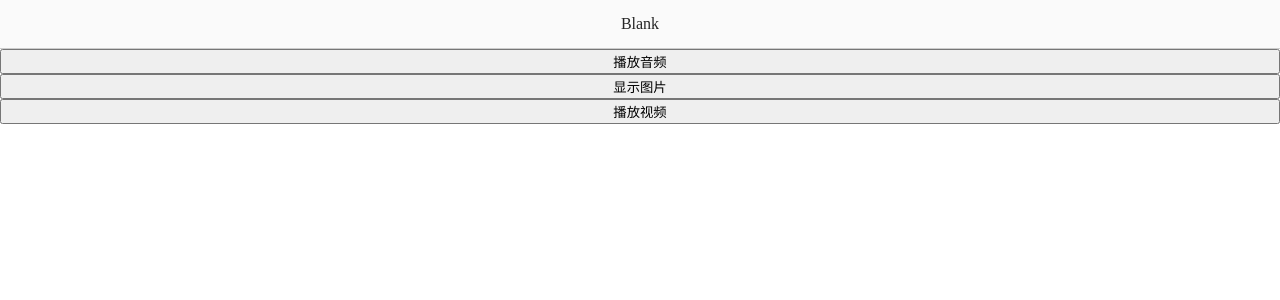
Repository: andycj7/-
Page: web/test3/index.html
These files come from the project's save history. The page is drawn as it stood at one moment and after the next save; the edit follows.
The browser window is 1280 px wide. The pictures show the whole page.

Above is the page before, as saved 2020-07-15 05:25:57.

### web/test3/index.html
<html>

<head>
<meta charset="utf-8">
<meta name="viewport"
	content="initial-scale=1, maximum-scale=1, user-scalable=no, width=device-width">
<title>Blank</title>
<link rel="stylesheet" href="css/base.css">
</head>

<body>
	<div class="title">Blank</div>
	<div class="line"></div>
	<div class = "display">
		<audio>
			<source src="./res/audio/1.mp3" type = "audio/mp3">
		</audio>
		<button>播放音频</button>
	</div>
	<div class="display">
		<img id = img></img>
		<button onclick="displayPicture()">显示图片</button>
	</div>
	<div class="display">
		<button>播放视频</button>
	</div>
</body>
<script>

	function displayPicture(){

		var img = document.getElementById("img");
		img.src = "./res/img/appicon.png"
	}

</script>
</html>

### web/test3/css/base.css
@charset "UTF-8";

body {
	margin: 0;
}

.title {
	height: 48px;
	font-size: 16px;
	line-height: 48px;
	text-align: center;
	color: rgba(0, 0, 0, .85);
	background-color: #fafafa;
}

.line {
	width: 100%;
	height: 1px;
	background-color: rgb(204, 204, 204);
}

.display {
	display: flex;
	flex: 1;
	overflow: hidden;
	flex-direction: column;
	justify-content: center;
	flex-grow: 0;
}
.button {
	height: 40px;
	width: 50%;
}

After the next save:
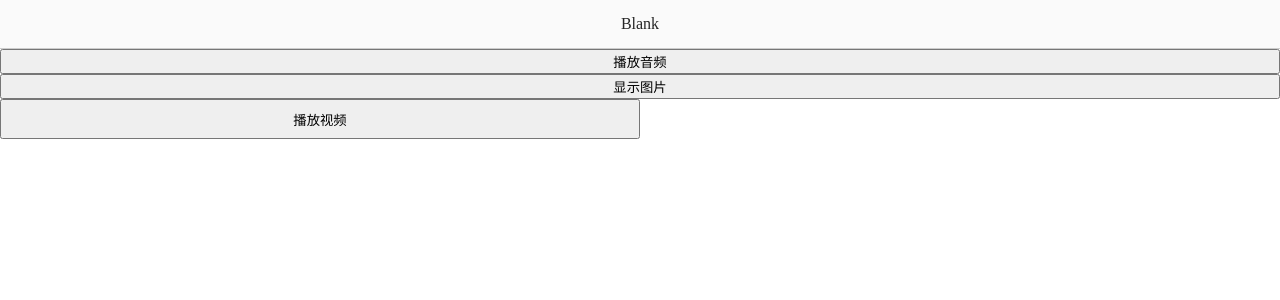
Saved 11 s later.
--- a/web/test3/index.html
+++ b/web/test3/index.html
@@ -22,7 +22,7 @@
 		<button onclick="displayPicture()">显示图片</button>
 	</div>
 	<div class="display">
-		<button>播放视频</button>
+		<button class="button">播放视频</button>
 	</div>
 </body>
 <script>

After the save that followed:
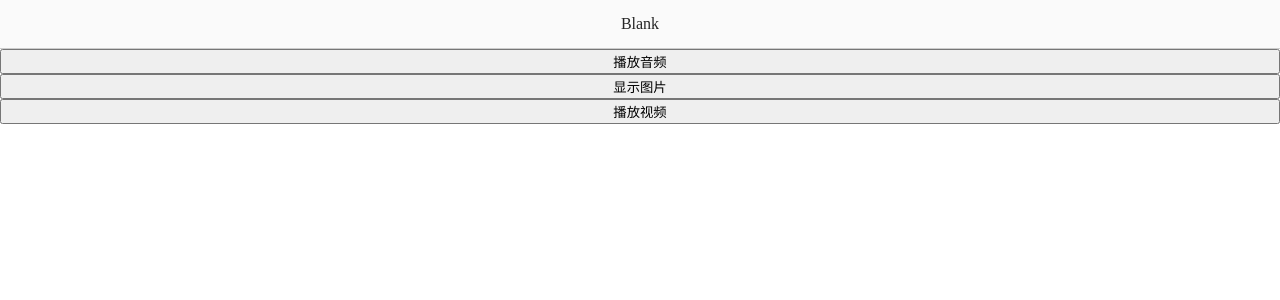
Saved 87 s later.
--- a/web/test3/index.html
+++ b/web/test3/index.html
@@ -22,7 +22,7 @@
 		<button onclick="displayPicture()">显示图片</button>
 	</div>
 	<div class="display">
-		<button class="button">播放视频</button>
+		<button>播放视频</button>
 	</div>
 </body>
 <script>
